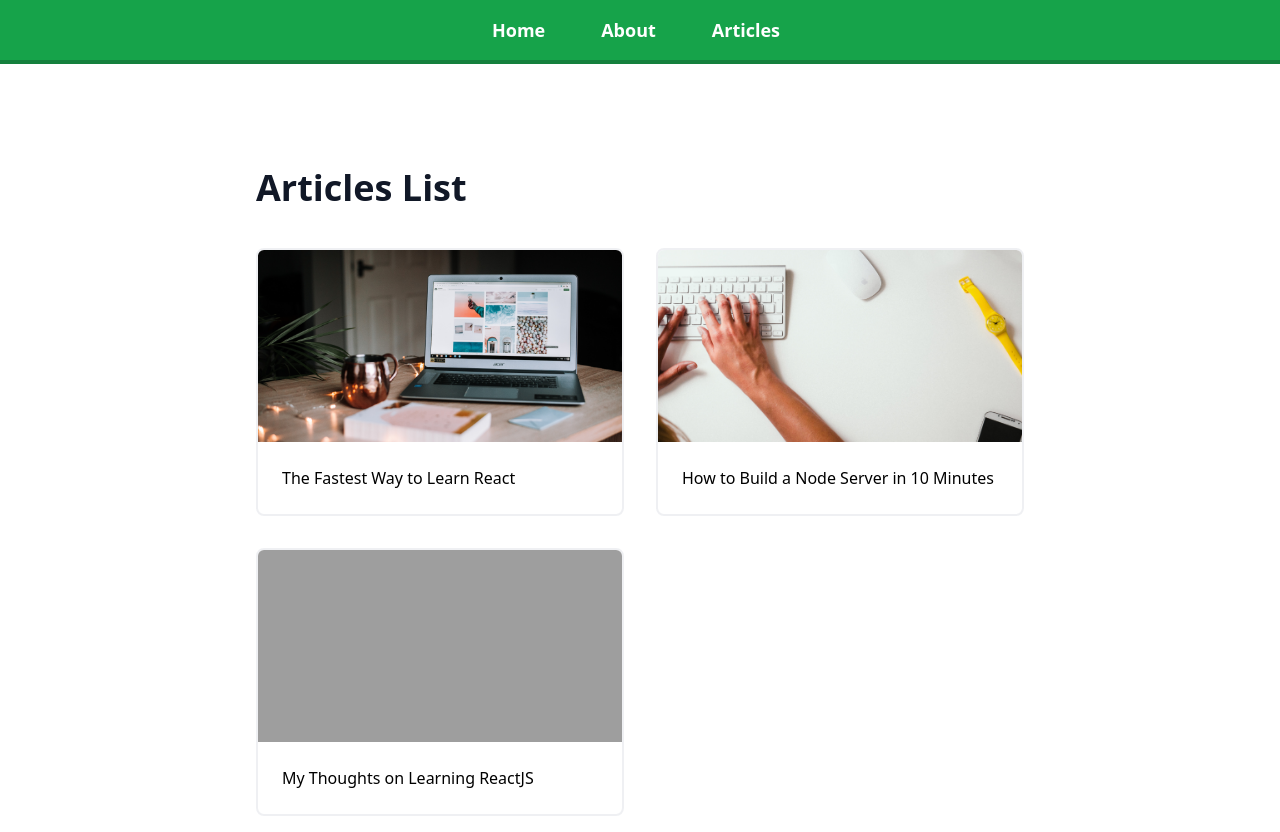
Repository: wenxi0504/BLOG
Page: /articles-list (app in client/)
The author's editor kept a copy of each file at every save. The page is drawn from the files as they stood at one save, then again after the next save.
The browser window is 1280 px wide. The pictures show the whole page.
Pictures or frames that could not be fetched are drawn as grey boxes. The project was rebuilt for these pictures with package versions that can differ from the ones it lists, and the page was loaded fresh each time. Also part of the build but not shown: client/src/pages/Home.js, client/src/pages/About.js, client/src/pages/Article.js.

Above is the page before, as saved 2022-09-08 15:29:38.

After the next save:
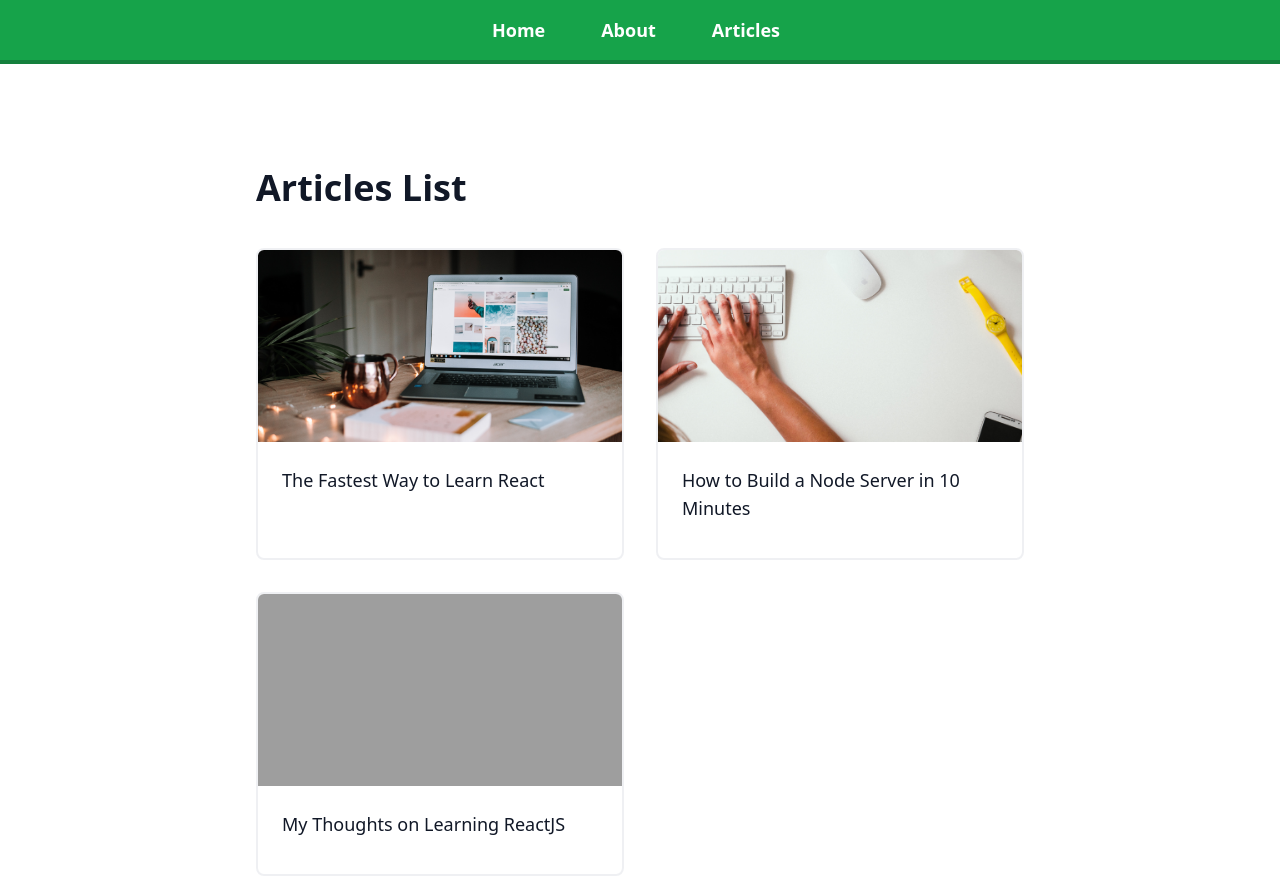
Saved 108 s later.
--- a/client/src/pages/ArticlesList.js
+++ b/client/src/pages/ArticlesList.js
@@ -16,7 +16,7 @@ const ArticlesList = () => {
                               </Link>
                               <div className='p-6'>
                                   <Link key={index} to={`/article/${article.name}`}>
-                                      <h3>{ article.title}</h3>
+                                      <h3 className="text-lg font-medium text-gray-900 mb-3">{ article.title}</h3>
                                   </Link>
 
                               </div>
